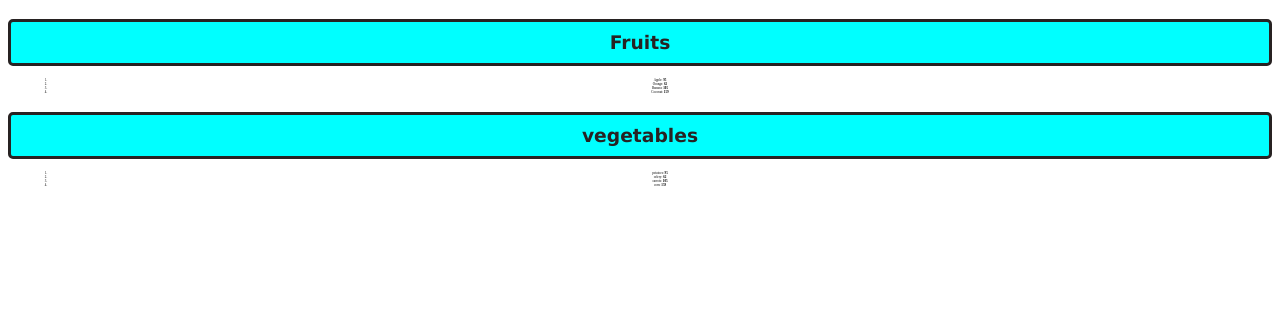
Repository: wakoya-tech/my-react-practice
Page: /
These files come from the project's save history. The page is drawn as it stood at one moment and after the next save; the edit follows.
The browser window is 1280 px wide. The pictures show the whole page.
The project was rebuilt for these pictures with package versions that can differ from the ones it lists, and the page was loaded fresh each time. Also part of the build but not shown: vite.config.js.

Above is the page before, as saved 2025-10-01 17:06:06.

### src/index.css
.list-category{
  font-family: Verdana, Geneva, Tahoma, sans-serif;
  text-align: center;
  border: 3px solid;
  margin-bottom: 12px;
  color: rgb(39, 34, 34);
  background-color: aqua;
  padding: 10px;
  border-radius: 5px;
}
.list-items{
  text-align: center;
  font-size: 0.2rem;
}

### src/App.jsx
import List from "./List";

function App() {
  const fruits = [
    { id: 1, name: "Apple", calories: 95 },
    { id: 2, name: "Orange", calories: 62 },
    { id: 3, name: "Banana", calories: 105 },
    { id: 4, name: "Coconut", calories: 159 }
  ];
  const vegetables = [
    { id: 6, name: "potatoes", calories: 95 },
    { id: 7, name: "celery", calories: 62 },
    { id: 8, name: "carrots", calories: 105 },
    { id: 9, name: "corn", calories: 159 }
  ];
  return (
    <div>
      <List items={fruits} category="Fruits" />
      <List items={vegetables} category="vegetables" />
    </div>
  );
}

export default App;

### src/List.jsx
function List(props) {
    const itemList = props.items;   // ✅ Correct: items is the array
    const category = props.category;

    const listItems = itemList.map(item => (
      <li key={item.id}>
        {item.name}: <b>{item.calories}</b>
      </li>
    ));

    return (
      <>
        <h3 className="list-category">{category}</h3>
        <ol className="list-items">
          {listItems}
        </ol>
      </>
    );
  }

  export default List;

Loaded but not shown: index.html (common file); src/main.jsx (common file)

After the next save:
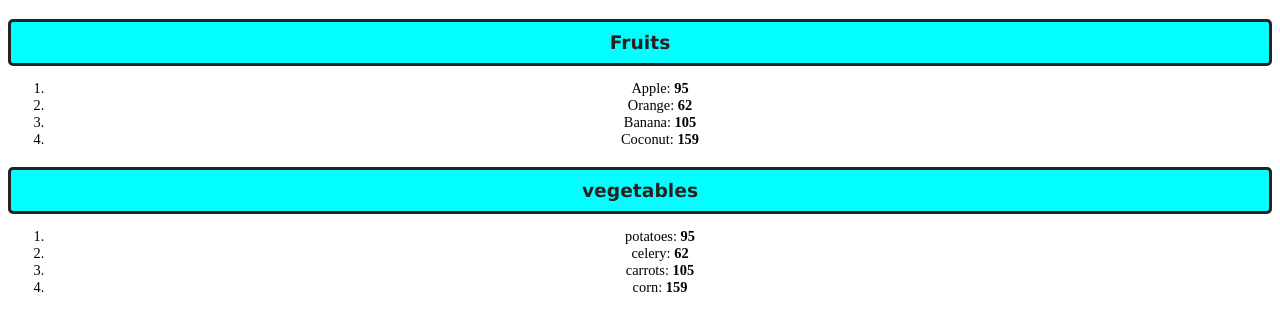
Saved 9 s later.
--- a/src/index.css
+++ b/src/index.css
@@ -10,5 +10,5 @@
 }
 .list-items{
   text-align: center;
-  font-size: 0.2rem;
+  font-size: 0.9rem;
 }
